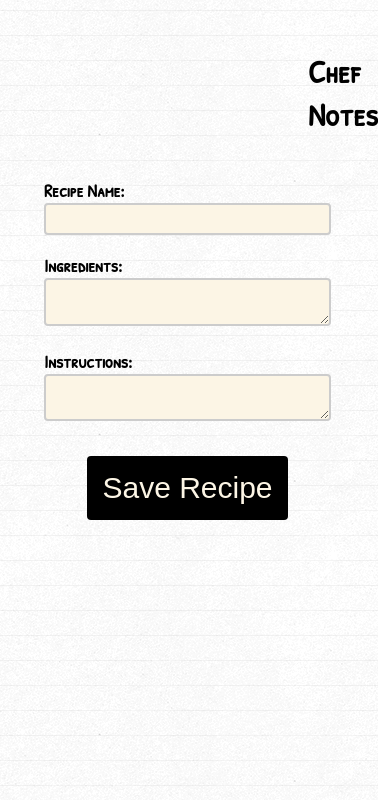
Repository: Chadloswald/RecipeSite
Page: index.html
An editor plug-in stored every save of this project. The page is shown before and after the next save, followed by the edit.
The browser window is 375 px wide. The page is 378 px wide, then 375 px, so the pictures cover 378 px, including what lies to the right of the window. The pictures show the whole page.

Above is the page before, as saved 2023-04-03 20:33:01.

After the next save:
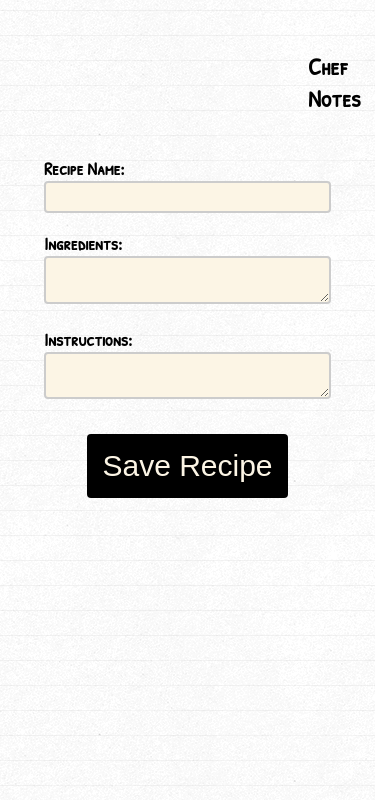
Saved 57 s later.
--- a/style.css
+++ b/style.css
@@ -17,15 +17,16 @@ h1 {
   padding: 20px 0;
   border-bottom: 4px solid black;
   margin: 0 300px;
+  font-size: x-large;
 }
-@media (max-width: 600px) {
+/* @media (max-width: 600px) {
   h1 {
     font-size: xx-large;
     }
     label {
       font-size: larger;
     }
-}
+} */
 form {
   width: 80%;
   margin: 0 auto;
